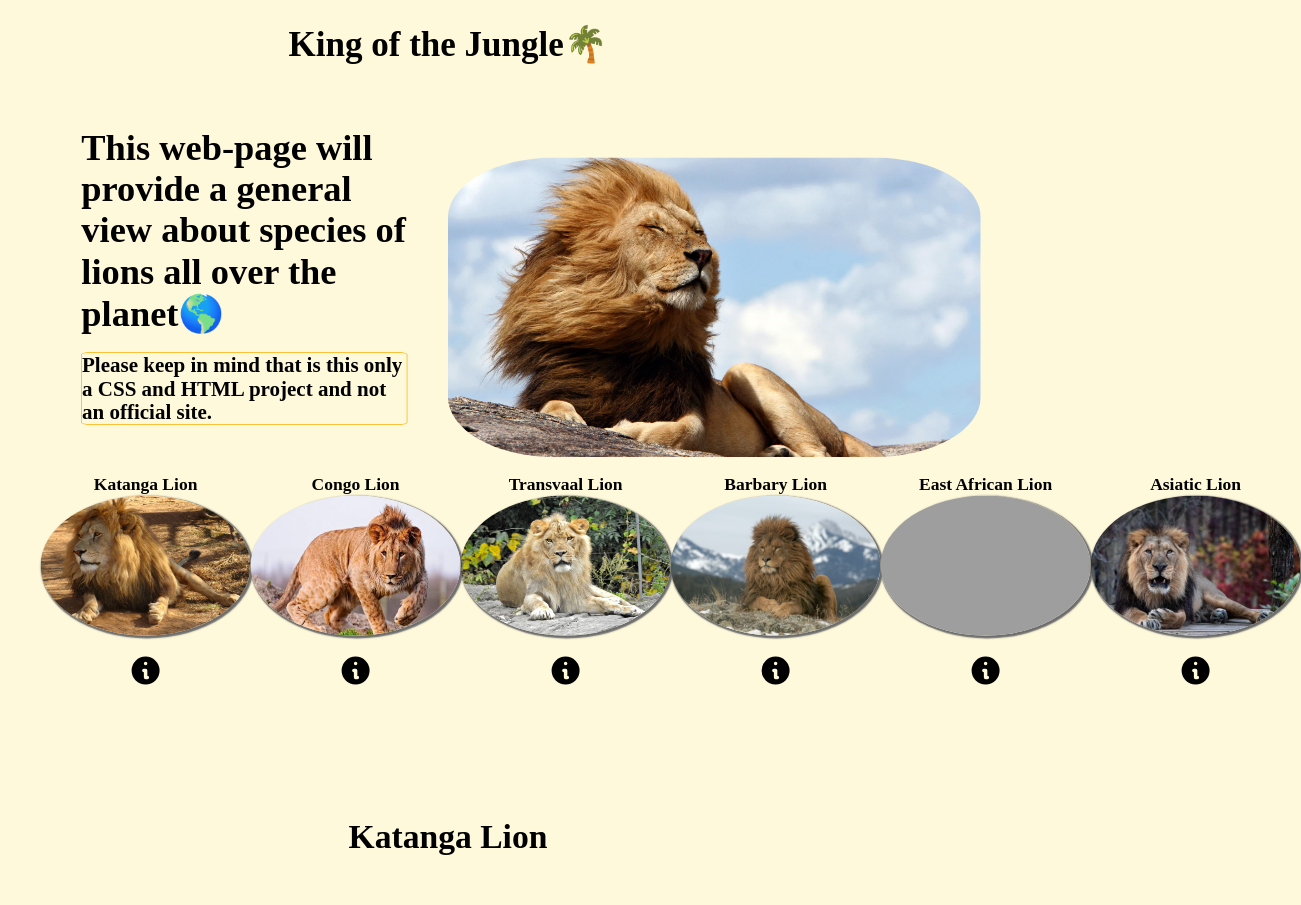
Repository: GeorgeManias/lions_project
Page: index.html
These files come from the project's save history. The page is drawn as it stood at one moment and after the next save; the edit follows.
The browser window is 1280 px wide. The page is 1858 px wide, so the pictures cover 1858 px, including what lies to the right of the window. The pictures show the whole page, at 70% of full size.
Pictures or frames that could not be fetched are drawn as grey boxes. Some web fonts or font styles are not loaded; a fallback is used.

Above is the page before, as saved 2021-11-05 19:46:43.

### index.html
<!DOCTYPE html>
<html lang="en">
  <head>
    <link rel="stylesheet" href="index.css" />
    <link
      href="https://fonts.googleapis.com/css2?family=Roboto:ital@1&display=swap"
      rel="stylesheet"
    />
    <link rel="preconnect" href="https://fonts.googleapis.com" />
    <link rel="preconnect" href="https://fonts.gstatic.com" crossorigin />
    <link
      href="https://fonts.googleapis.com/css2?family=Fruktur&family=Roboto:ital,wght@1,100;1,300&display=swap"
      rel="stylesheet"
    />
    <title>King of the Jungle</title>
  </head>
  <div class="container">
    <!--This will be the container fro the main_page-->
    <!--Start of Hero Area ---------------------------------------------------------------------------------------------------------------------------------------->
    <body>
      <header class="header_top">
        <h1>King of the Jungle🌴</h1>
      </header>
      <!--Class above will support the grid between header and main photo-->
      <div class="hero_section">
        <div class="headers_and_mainphoto">
          <header>
            <!--This area will be for the upper body part-->
            <h1 class="main_header">
              This web-page will provide a general view about species of lions
              all over the planet🌎
            </h1>
            <h2 class="project_header">
              Please keep in mind that is this only a CSS and HTML project and
              not an official site.
            </h2>
          </header>
          <img
            src="pictures/main_lion.jpg"
            alt="main_lion_photo"
            class="main_photo"
          />
        </div>

        <!--Multiple Pictures Grid Start----------------------------------------------------------------------------------------------->
        <div class="grid_with_6_pictures">
          <!--Katanga_Lion_Start-->
          <h3 id="katanga_title_cord" class="titles_6">Katanga Lion</h3>
          <img
            src="pictures/katanga_lion.jpg"
            alt="katanga_lion"
            id="katanga_img_cord"
            class="img_6"
          />
          <svg
            href="#"
            class="info_svg"
            xmlns="http://www.w3.org/2000/svg"
            width="100"
            height="100"
            viewBox="0 0 24 24"
          >
            <a href="https://www.google.co.uk/" target="_top" class="svg_link">
              <path
                stroke-linecap="round"
                stroke-linejoin="round"
                stroke-width="2"
                d="M13 16h-1v-4h-1m1-4h.01M21 12a9 9 0 11-18 0 9 9 0 0118 0z"
              />
            </a>
          </svg>
          <!--Katanga_Lion_End-->

          <!--Congo_Lion_Start-->
          <h3 id="congo_title_cord" class="titles_6">Congo Lion</h3>
          <img
            src="pictures/congo_lion.jpg"
            alt="congo_lion"
            id="congo_img_cord"
            class="img_6"
          />
          <svg
            class="info_svg"
            id="congo_info_cord"
            xmlns="http://www.w3.org/2000/svg"
            width="100"
            height="100"
            viewBox="0 0 24 24"
          >
            <a href="https://www.google.co.uk/" target="_top" class="svg_link">
              <path
                stroke-linecap="round"
                stroke-linejoin="round"
                stroke-width="2"
                d="M13 16h-1v-4h-1m1-4h.01M21 12a9 9 0 11-18 0 9 9 0 0118 0z"
              />
            </a>
          </svg>
          <!--Congo_Lion_End-->

          <!--Transvaal_Lion_Start-->
          <h3 id="Transvaal_title_cord" class="titles_6">Transvaal Lion</h3>
          <img
            src="pictures/Transvaal_lion.jpg"
            alt="Transvaal_lion"
            id="Transvaal_img_cord"
            class="img_6"
          />
          <svg
            class="info_svg"
            id="Transvaal_info_cord"
            xmlns="http://www.w3.org/2000/svg"
            width="100"
            height="100"
            viewBox="0 0 24 24"
          >
            <a href="https://www.google.co.uk/" target="_top" class="svg_link">
              <path
                stroke-linecap="round"
                stroke-linejoin="round"
                stroke-width="2"
                d="M13 16h-1v-4h-1m1-4h.01M21 12a9 9 0 11-18 0 9 9 0 0118 0z"
              />
            </a>
          </svg>
          <!--Transvaal_Lion_End-->

          <!--barbary_Lion_Start-->
          <h3 id="barbary_title_cord" class="titles_6">Barbary Lion</h3>
          <img
            src="pictures/barbary_lion.jpg"
            alt="barbary_lion"
            id="barbary_img_cord"
            class="img_6"
          />
          <svg
            class="info_svg"
            id="barbary_info_cord"
            xmlns="http://www.w3.org/2000/svg"
            width="100"
            height="100"
            viewBox="0 0 24 24"
          >
            <a href="https://www.google.co.uk/" target="_top" class="svg_link">
              <path
                stroke-linecap="round"
                stroke-linejoin="round"
                stroke-width="2"
                d="M13 16h-1v-4h-1m1-4h.01M21 12a9 9 0 11-18 0 9 9 0 0118 0z"
              />
            </a>
          </svg>
          <!--barbary_Lion_End-->

          <!--east_african_Lion_Start-->
          <h3 id="east_african_title_cord" class="titles_6">
            East African Lion
          </h3>
          <img
            src="pictures/east_african.jpg"
            alt="east_african_lion"
            id="east_african_img_cord"
            class="img_6"
          />
          <svg
            class="info_svg"
            id="east_african_info_cord"
            xmlns="http://www.w3.org/2000/svg"
            width="100"
            height="100"
            viewBox="0 0 24 24"
          >
            <a href="https://www.google.co.uk/" target="_top" class="svg_link">
              <path
                stroke-linecap="round"
                stroke-linejoin="round"
                stroke-width="2"
                d="M13 16h-1v-4h-1m1-4h.01M21 12a9 9 0 11-18 0 9 9 0 0118 0z"
              />
            </a>
          </svg>
          <!--east_african_Lion_End-->

          <!--asiatic_Lion_Start-->
          <h3 id="asiatic_title_cord" class="titles_6">Asiatic Lion</h3>
          <img
            src="pictures/asiatic_lion.jpg"
            alt="asiatic_lion"
            id="asiatic_img_cord"
            class="img_6"
          />
          <svg
            class="info_svg"
            id="asiatic_info_cord"
            xmlns="http://www.w3.org/2000/svg"
            width="100"
            height="100"
            viewBox="0 0 24 24"
          >
            <a href="https://www.google.co.uk/" target="_top" class="svg_link">
              <path
                stroke-linecap="round"
                stroke-linejoin="round"
                stroke-width="2"
                d="M13 16h-1v-4h-1m1-4h.01M21 12a9 9 0 11-18 0 9 9 0 0118 0z"
              />
            </a>
          </svg>
          <!--Multiple Pictures Grid End----------------------------------------------------------------------------------------------->
        </div>
      </div>
      <!--End of Hero Area ---------------------------------------------------------------------------------------------------------------------------------------->

      <!------------Analitikh 1/6 Arxh Katanga------------------------------------------------------------------------------------------------------------------------->
      <div class= "katanga_analysis_grid">
          <h1 class="katanga_analysis_h1">Katanga Lion</h1>


      </div>
      <!------------Analitikh 1/6 Telos Katanga------------------------------------------------------------------------------------------------------------------------>
    </body>
    </body>
  </div>
</html>






<!--1
  Katanga lion
  Congo Lion
  Transvaal lion
  East African lion
  Asiatic lion
  West African lion

-->

### index.css
/*

--- 01 TYPOGRAPHY SYSTEM

- Font sizes (px)
10 / 12 / 14 / 16 / 18 / 20 / 24 / 30 / 36 / 44 / 52 / 62 / 74 / 86 / 98

- Font weights
Default: 400
Medium: 500
Semi-bold: 600
Bold: 700

- Line heights
Default: 1
Small: 1.05
Medium: 1.2
Paragraph default: 1.6

- Letter spacing
-0.5px
0.75px

--- 02 COLORS

- Primary: ##fab005
- Tints:
#fff9db
#644602

- Shades:


#f0ede6


- Accents:
- Greys

#888
#767676 (lightest grey allowed on #fff)
#6f6f6f (lightest grey allowed on #fdf2e9)
#555
#333

--- 05 SHADOWS

0 2.4rem 4.8rem rgba(0, 0, 0, 0.075);

--- 06 BORDER-RADIUS

Default: 9px
Medium: 11px

--- 07 WHITESPACE

- Spacing system (px)
2 / 4 / 8 / 12 / 16 / 24 / 32 / 48 / 64 / 80 / 96 / 128
*/

html {
  /*εδώ βάζω το 10 με σκοπο το αλλο να έχει ευκολο πολαπλασσιο του rem*/
  font-size: 10px;
  margin-left: 0%;
  margin-right: 0%;
}

body {
  background-color: #fff9db;
  margin-bottom: 3%;
}

.header_top {
  font-family: "Fruktur", cursive;
  text-align: center;
  font-size: 2.5rem;
  margin-bottom: 0;
}

.hero_section {
  padding-left: 5rem;
  padding-right: 5rem;
}

header {
  margin-left: 10%;
  margin-right: 10%;
}

.main_header {
  font-size: 5.2rem;
  margin-bottom: 0;
}

.project_header {
  font-size: 3rem;
  border: 0.1rem solid #fab005;
  border-radius: 3%;
}

.headers_and_mainphoto {
  /*Αυτο το πεδίο αναφέρεται στο grid*/
  display: grid;
  grid-template-columns: 50% 50%;
  align-items: center;
}

.grid_with_6_pictures {
  display: grid;
  grid-template-columns: 1fr 1fr 1fr 1fr 1fr 1fr;
  grid-template-rows: auto auto auto;
  justify-items: center;
  align-items: flex-end;
}

.main_photo {
  width: 761px;
  margin-top: 100px;
  border-radius: 20%;
}

.img_6 {
  width: 300px;
  height: 200px;
  border-radius: 50%;
  box-shadow: 2px 2px 2px 2px rgb(109, 109, 109);
}

.titles_6 {
  font-size: 2.5rem;
  margin-bottom: 0.8%;
}

.info_svg {
  width: 20%;
  stroke: #fff9db;
  border-radius: 0;
  padding-top: 0%;
}

.svg_link:link {
  width: 20%;
  stroke: #fff9db;
  border-radius: 0;
  padding-top: 0%;
}

.svg_link:visited {
  width: 20%;
  stroke: #fff9db;
  border-radius: 0;
  padding-top: 0%;
}

.svg_link:hover {
  width: 20%;
  stroke: #fab005;
  border-radius: 0;
  padding-top: 0%;
  transition: all 1s;
}
/*//////////////////////////////////////////////////////////////////////////////////////////////////////////////////////////////////////////////////////////////////*/
/*Katanga Lion Cord Start*/
#katanga_title_cord {
  grid-column: 1/2;
  grid-row: 1/2;
}
#katanga_img_cord {
  grid-column: 1/2;
  grid-row: 2/3;
}

#katanga_info_cord {
  grid-column: 1/2;
  grid-row: 3/4;
}
/*Katanga Lion Cord End*/

/*Congo Lion Cord Start*/
#congo_title_cord {
  grid-column: 2/3;
  grid-row: 1/2;
}
#congo_img_cord {
  grid-column: 2/3;
  grid-row: 2/3;
}

#congo_info_cord {
  grid-column: 2/3;
  grid-row: 3/4;
}
/*Congo Lion Cord End*/

/*Transvaal Lion Cord Start*/
#Transvaal_title_cord {
  grid-column: 3/4;
  grid-row: 1/2;
}
#Transvaal_img_cord {
  grid-column: 3/4;
  grid-row: 2/3;
}

#Transvaal_info_cord {
  grid-column: 3/4;
  grid-row: 3/4;
}
/*Transvaal Lion Cord End*/

/*Congo Lion Cord End*/

/*barbary Lion Cord Start*/
#barbary_title_cord {
  grid-column: 4/5;
  grid-row: 1/2;
}
#barbary_img_cord {
  grid-column: 4/5;
  grid-row: 2/3;
}

#barbary_info_cord {
  grid-column: 4/5;
  grid-row: 3/4;
}
/*barbary Lion Cord End*/

/*east_african Lion Cord Start*/
#east_african_title_cord {
  grid-column: 5/6;
  grid-row: 1/2;
}
#east_african_img_cord {
  grid-column: 5/6;
  grid-row: 2/3;
}

#east_african_info_cord {
  grid-column: 5/6;
  grid-row: 3/4;
}
/*east_african Lion Cord End*/

/*asiatic Lion Cord Start*/
#asiatic_title_cord {
  grid-column: 6/7;
  grid-row: 1/2;
}
#asiatic_img_cord {
  grid-column: 6/7;
  grid-row: 2/3;
}

#asiatic_info_cord {
  grid-column: 6/7;
  grid-row: 3/4;
}
/*asiatic Lion Cord End*/
/*//////////////////////////////////////////////////////////////////////////////////////////////////////////////////////////////////////////////////////////////////*/

/*////////////////////////////////////////////////////////////////////////////////////////////////////////////////////////////////////////////////////////////////////
Katanga Analysis 1/6 Arxh
////////////////////////////////////////////////////////////////////////////////////////////////////////////////////////////////////////////////////////////////////*/
.katanga_analysis_grid {
  display: grid;
  grid-template-columns: 1fr 1fr;
  grid-template-rows: auto auto auto;
  margin-top: 10%;
}

.katanga_analysis_h1 {
  font-size: 4.8rem;
  text-align: center;
}

/*Katanga Analysis stixisi Arxh///////////////////////////////////////////////*/
.katanga_analysis_h1 {
  grid-column: 1/-1;
}

/*Katanga Analysis stixisi Telos///////////////////////////////////////////////*/

After the next save:
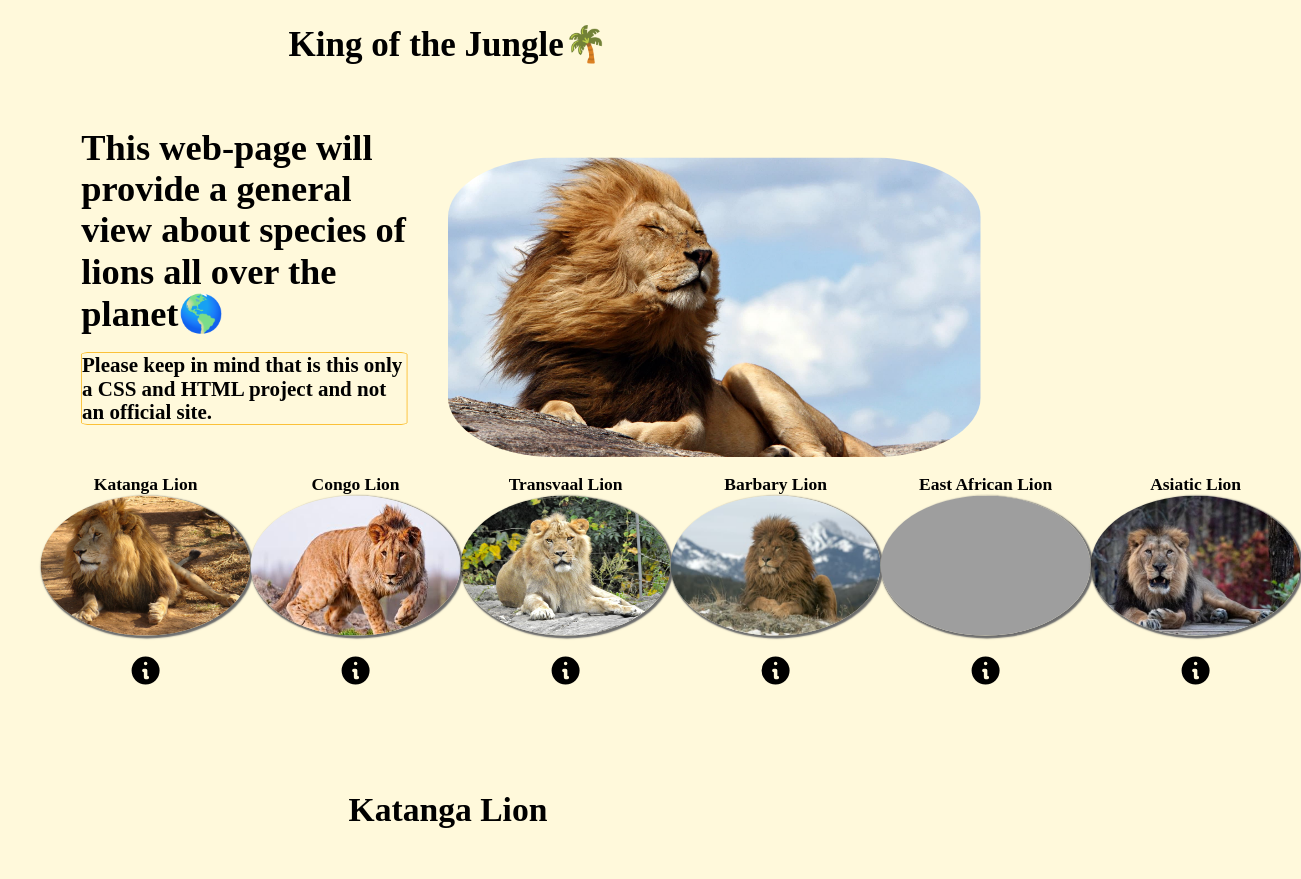
Saved 13 s later.
--- a/index.css
+++ b/index.css
@@ -266,7 +266,7 @@ Katanga Analysis 1/6 Arxh
   display: grid;
   grid-template-columns: 1fr 1fr;
   grid-template-rows: auto auto auto;
-  margin-top: 10%;
+  margin-top: 7%;
 }
 
 .katanga_analysis_h1 {
